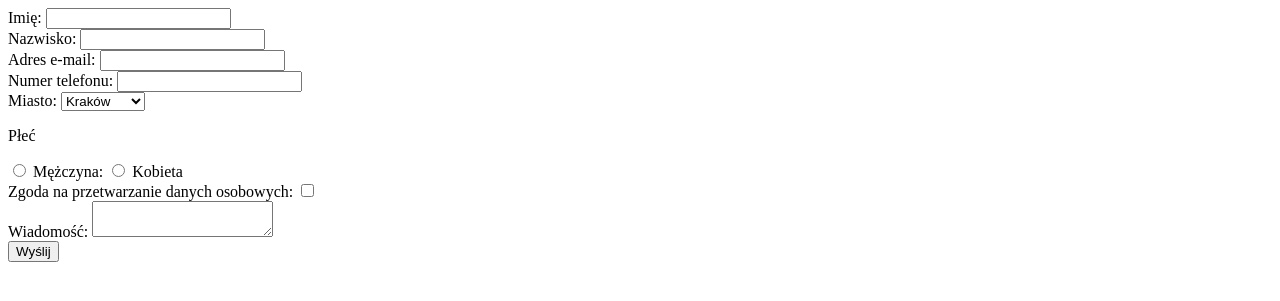
Repository: magdaf41/magdaf41.github.io
Page: zadania-domowe/HTML/zadanie_1/index.html
An editor plug-in stored every save of this project. The page is shown before and after the next save, followed by the edit.
The browser window is 1280 px wide. The pictures show the whole page.

Above is the page before, as saved 2020-08-14 10:06:09.

After the next save:
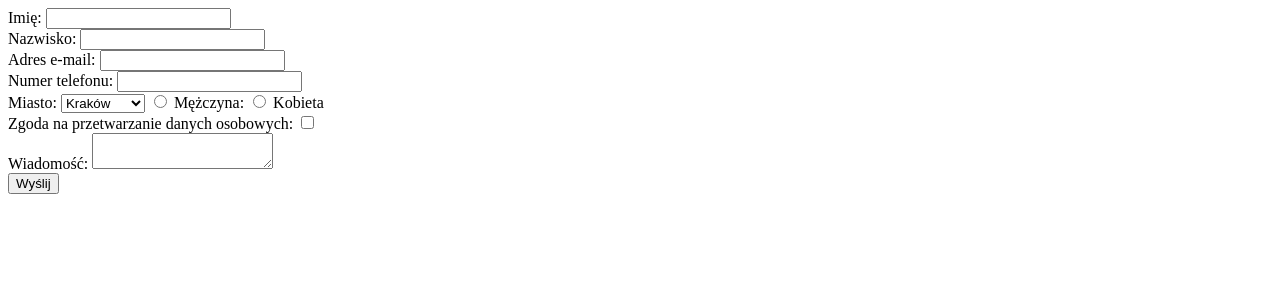
Saved 23 s later.
--- a/zadania-domowe/HTML/zadanie_1/index.html
+++ b/zadania-domowe/HTML/zadanie_1/index.html
@@ -29,7 +29,7 @@
             <option value="Gdańsk">Gdańsk</option>
         </select>
 
-        <p>Płeć</p>
+
         <input type="radio" name="gender" id="man">
         <label for="man">Mężczyna:</label>
         <input type="radio" name="gender" id="woman">

After the save that followed:
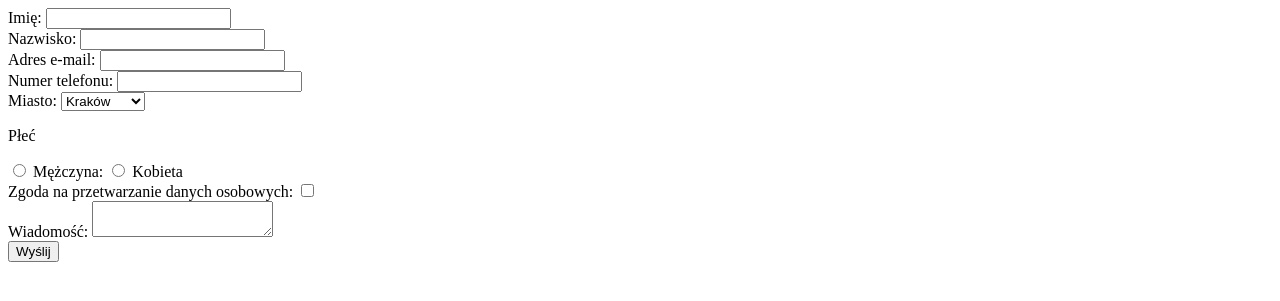
Saved 13 s later.
--- a/zadania-domowe/HTML/zadanie_1/index.html
+++ b/zadania-domowe/HTML/zadanie_1/index.html
@@ -29,7 +29,7 @@
             <option value="Gdańsk">Gdańsk</option>
         </select>
 
-
+        <p>Płeć</p>
         <input type="radio" name="gender" id="man">
         <label for="man">Mężczyna:</label>
         <input type="radio" name="gender" id="woman">
